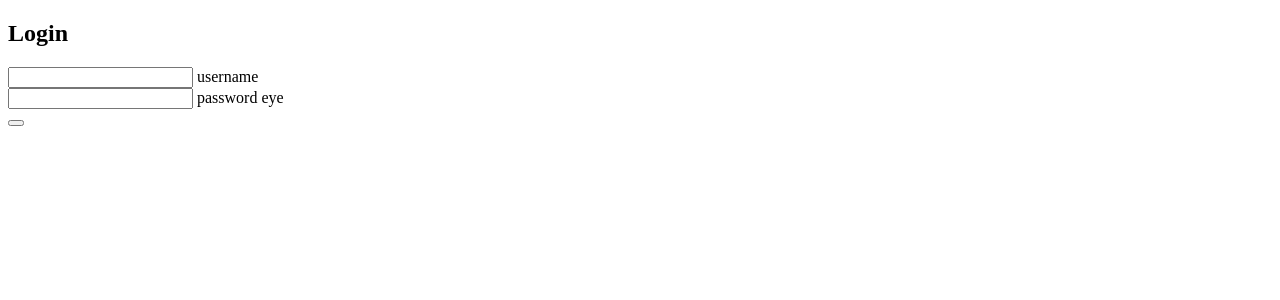
Repository: wingming07/Agro_mart
Page: login/login.html
An editor plug-in stored every save of this project. The page is shown before and after the next save, followed by the edit.
The browser window is 1280 px wide. The pictures show the whole page.

Above is the page before, as saved 2025-06-10 16:44:41.

### login/login.html
<!DOCTYPE html>
<html lang="en">
<head>
    <meta charset="UTF-8">
    <meta name="viewport" content="width=device-width, initial-scale=1.0">
    <title>AgroMart-login</title>
    <link rel="stylesheet" href="style.css">
</head>
<body>
    <div class="login-container">
        <form class="login-form" onsubmit="return validateLogin()">
            <h2>Login</h2>
                <div class="input-group">
                    <input type="text" id="username" required>
                    <label for="username">username</label>
                </div>
                <div class="input-group">
                    <input type="password" id="password" required>
                    <label for="password">password</label>
                <span class="toggle-password" onclick="togglepassword()">eye</span>
                </div>
                <button type="submit"></button>
        </form>
    </div>
</body>
</html>

Loaded but not shown: login/style.css (no copy from this time; the picture is the same without it)

After the next save:
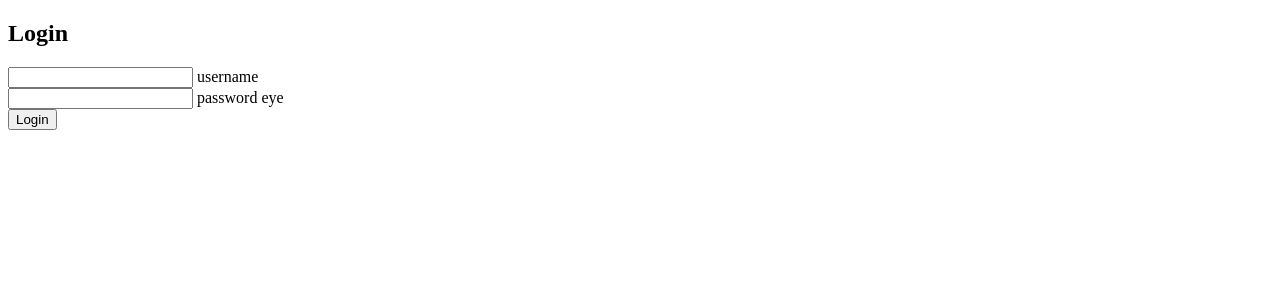
Saved 6 s later.
--- a/login/login.html
+++ b/login/login.html
@@ -19,7 +19,7 @@
                     <label for="password">password</label>
                 <span class="toggle-password" onclick="togglepassword()">eye</span>
                 </div>
-                <button type="submit"></button>
+                <button type="submit">Login</button>
         </form>
     </div>
 </body>
